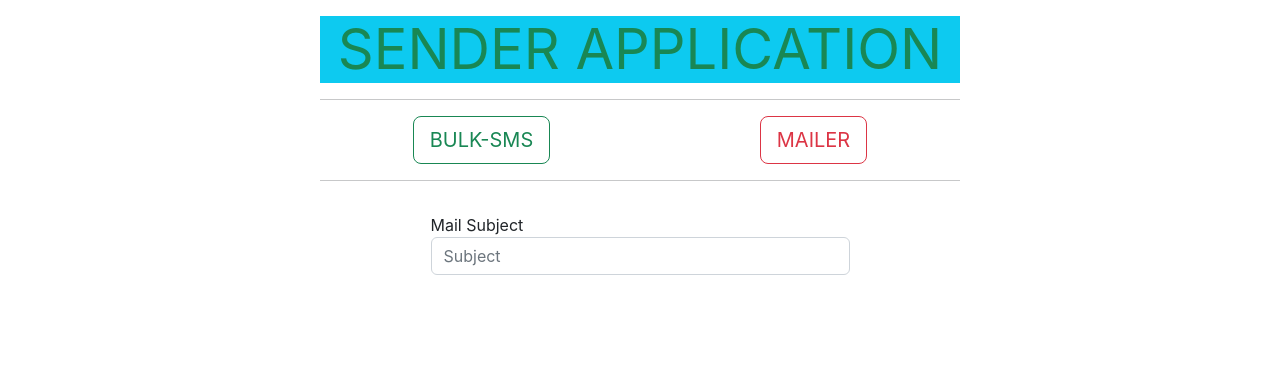
Repository: oluwaseyi9325/react-redux
Page: /
An editor plug-in stored every save of this project. The page is shown before and after the next save, followed by the edit.
The browser window is 1280 px wide. The pictures show the whole page.
The project was rebuilt for these pictures with package versions that can differ from the ones it lists, and the page was loaded fresh each time. Also part of the build but not shown: src/Pages/NotFond.tsx.

Above is the page before, as saved 2023-04-18 17:25:17.

After the next save:
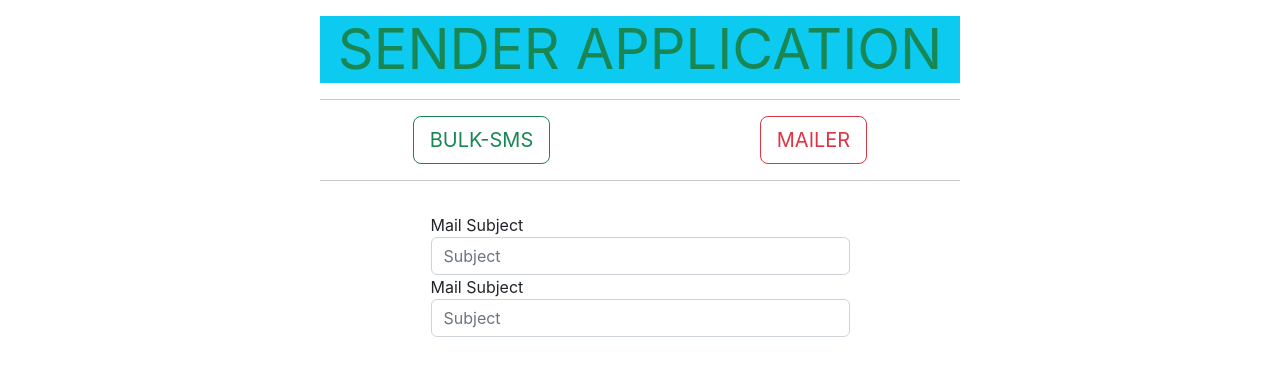
Saved 5 s later.
--- a/src/Pages/Mailer.tsx
+++ b/src/Pages/Mailer.tsx
@@ -16,7 +16,8 @@ const Mailer = () => {
                         <input className='form-control' type="text" placeholder='Subject' />
                     </div>
                     <div>
-
+                    <label>Mail Subject</label>
+                        <input className='form-control' type="text" placeholder='Subject' />
                     </div>
                   </div>
             </div>
